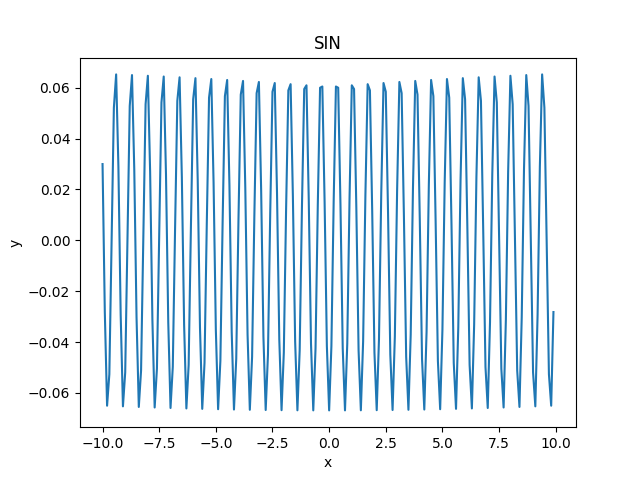
Repository: eieioF11/Python
Script's output: python project/python_sample/Fourier.py
The author's editor kept a copy of each file at every save. The script's output is drawn from the files as they stood at one save, then again after a run of saves.
Random numbers start from a fixed seed.

Above is the script's output before, as saved 2020-05-22 15:30:42.

### project/python_sample/Fourier.py
import numpy as np
import matplotlib.pyplot as plt

x = np.arange(-10, 10, 0.1)  # x座標を-10 から 10 まで 0.1 きざみで取得

k=10

for n in range(1,k,1):
    y=((-1**n)/(2*n-1))*np.cos(n*x)

y *= 1/2+2/np.pi


# グラフを書く
plt.plot(x,y)
# グラフのタイトル
plt.title("SIN")
# x軸のラベル
plt.xlabel("x")
# y軸のラベル
plt.ylabel("y")
# 表示する
plt.show()

After the next 9 saves:
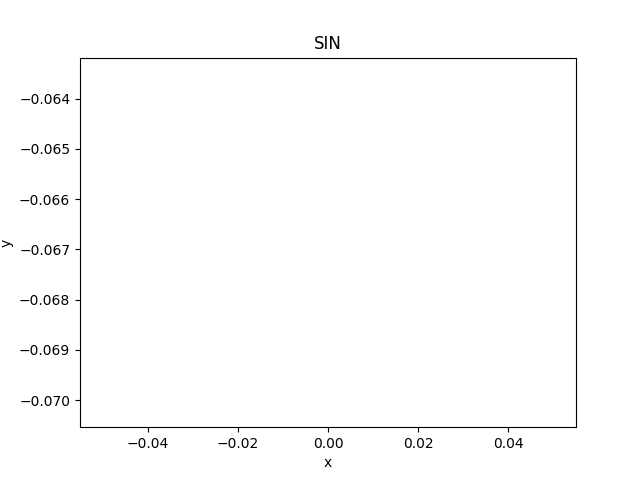
The 9 saves are shown as one change because they came seconds apart.
The last was saved 3 min 14 s later.
--- a/project/python_sample/Fourier.py
+++ b/project/python_sample/Fourier.py
@@ -1,8 +1,9 @@
 import numpy as np
 import matplotlib.pyplot as plt
 
-x = np.arange(-10, 10, 0.1)  # x座標を-10 から 10 まで 0.1 きざみで取得
+#x = np.arange(-10, 10, 0.1)  # x座標を-10 から 10 まで 0.1 きざみで取得
 
+x=0
 k=10
 
 for n in range(1,k,1):
